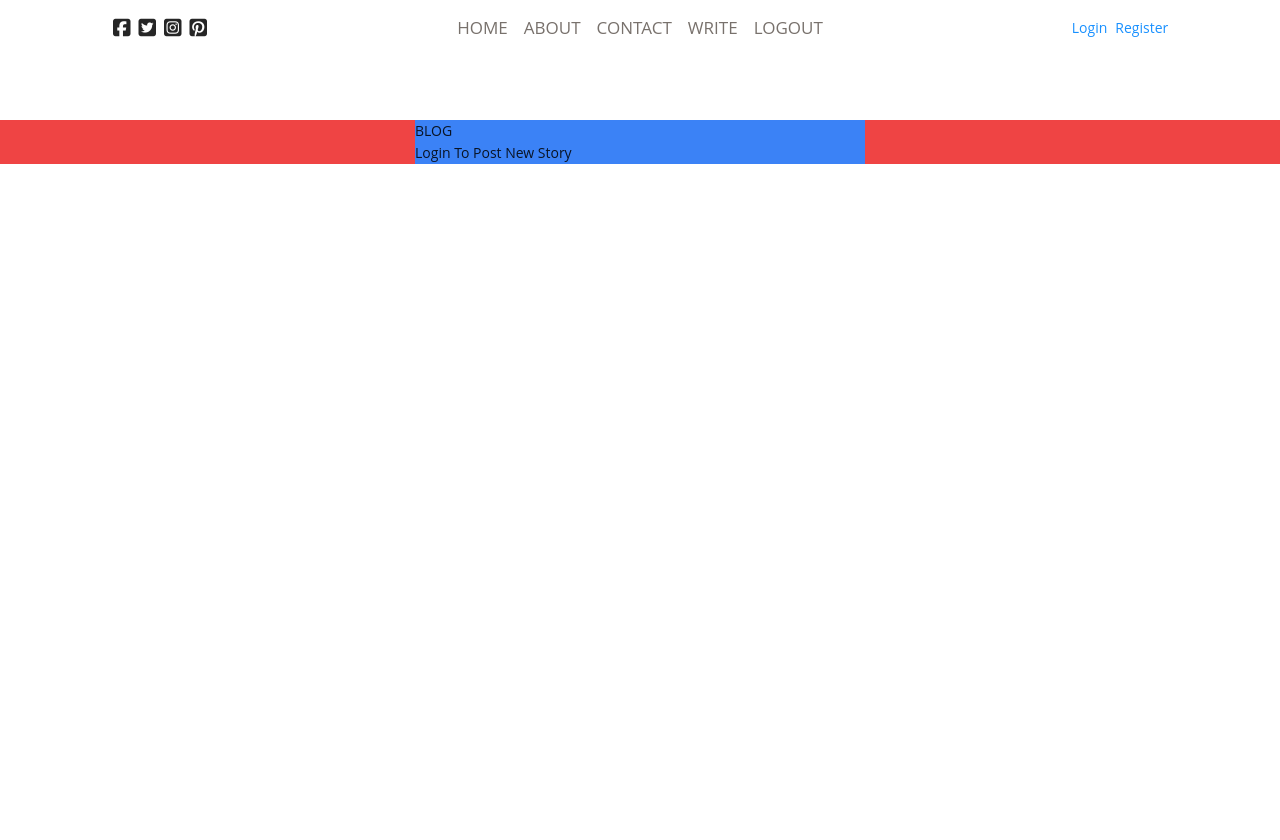
Repository: truongnguyenuit/Blog_App_ver2
Page: /login (app in client/)
The author's editor kept a copy of each file at every save. The page is drawn from the files as they stood at one save, then again after a run of saves.
The browser window is 1280 px wide. The pictures show the whole page.
Some web libraries are served in a nearby version. The project was rebuilt for these pictures with package versions that can differ from the ones it lists, and the page was loaded fresh each time. Also part of the build but not shown: client/src/components/AboutComponent.js, client/src/pages/HomePage.js, client/src/pages/RegisterPage.js.

Above is the page before, as saved 2022-07-18 11:17:21.

### client/public/index.html
<!DOCTYPE html>
<html lang="en">
  <head>

    <meta charset="utf-8" />
    <meta name="viewport" content="width=device-width, initial-scale=1" />
    <meta
      name="description"
      content="Web site created using create-react-app"
    />
    <style>
      *{
        font-family: 'Open Sans', sans-serif;
        margin: 0;
      }
    </style>
    <script src="https://kit.fontawesome.com/cd2089affa.js" crossorigin="anonymous"></script>
    <title>Blog App</title>

  </head>
  <body>

    <noscript>You need to enable JavaScript to run this app.</noscript>
    <div id="root"></div>

  </body>
</html>

### client/src/index.js
import React from 'react';
import ReactDOM from 'react-dom/client';
import './index.css';
import App from './App';
import 'antd/dist/antd.min.css'


const root = ReactDOM.createRoot(document.getElementById('root'));
root.render(
  <React.StrictMode>
    <App />
  </React.StrictMode>
);

### client/src/App.js
import { BrowserRouter, Route, Routes } from "react-router-dom";
import { configRouter } from './router/configRouter';
import NavbarComponent from './components/NavbarComponent';
function App() {
  return (
    <div>
      <BrowserRouter>
        <div className="fixed top-0 left-0 right-0 z-10">
          <NavbarComponent />
        </div>
        <div className="mt-[50px]"></div>
        <Routes>
          {configRouter.map((item, index) => {
            return (
              <Route
                key={index}
                path={item.path}
                element={item.page}
              />
            );
          })}

        </Routes>

      </BrowserRouter>
    </div>
  );
}

export default App;

### client/src/router/configRouter.js
import HomePage from "../pages/HomePage";
import LoginPage from "../pages/LoginPage";
import RegisterPage from "../pages/RegisterPage";
import { pathName } from "./pathName";

export const configRouter=[
  {
    path: pathName.home,
    page: <HomePage/>,
  },
  {
    path: pathName.login,
    page: <LoginPage/>,
  },
  {
    path: pathName.register,
    page: <RegisterPage/>
  }
]

### client/src/components/NavbarComponent.js
import React from 'react'
import { Link } from "react-router-dom";
import { Row, Col } from "antd"
import { pathName } from '../router/pathName';

const NavigateRouter = [
  {
    path: "",
    name: "HOME",
  },
  {
    path: "",
    name: "ABOUT",
  },
  {
    path: "",
    name: "CONTACT",
  },
  {
    path: "",
    name: "WRITE",
  },
  {
    path: "",
    name: "LOGOUT",
  },
];

const NavbarComponent = () => {
  return (
    <div className="bg-white">
      <Row >

        <Col span={6} className="h-14">
          <div className="flex justify-center items-center text-[20px] gap-2 h-14">
            <i className="fa-brands fa-facebook-square cursor-pointer"></i>
            <i className="fa-brands fa-twitter-square cursor-pointer"></i>
            <i className="fa-brands fa-instagram-square cursor-pointer"></i>
            <i className="fa-brands fa-pinterest-square cursor-pointer"></i>
          </div>
        </Col>

        <Col span={12} className="h-14">
          <nav>
            <ul className="flex justify-center items-center text-[17px] gap-4 h-14">
              {NavigateRouter.map((item, index) => {
                return (
                  <li key={index}>
                    <Link to={item.path} className="text-stone-500 hover:text-stone-400">
                      {item.name}
                    </Link>
                  </li>
                );

              })}
            </ul>
          </nav>
        </Col>

        <Col span={6} className="h-14">
          <div className="flex justify-center items-center gap-2 h-14">
            <Link to={pathName.login}>
              Login
            </Link>
            <Link to={pathName.register}>
              Register
            </Link>
          </div>
        </Col>

      </Row>
    </div>
  )
}

export default NavbarComponent

### client/src/pages/LoginPage.js
import React from 'react'

const LoginPage = () => {
  return (
    <div className='bg-red-500  mt-[120px] flex justify-center'>
      <div className="bg-blue-500 w-[450px] flex flex-col">
        <span>
          BLOG
        </span>
        <span className="s">
          Login To Post New Story
        </span>
      </div>

    </div>
  )
}

export default LoginPage

### client/src/router/pathName.js
export const pathName = {
  home: "/",

  login: "/login",
  register: "/register",

}

### client/tailwind.config.js
/** @type {import('tailwindcss').Config} */
module.exports = {
  content: ["./src/**/*.{html,js,jsx,ts}"],
  theme: {
    extend: {},
  },
  plugins: [],
}

Loaded but not shown: client/src/index.css (common file)

After the next 2 saves:
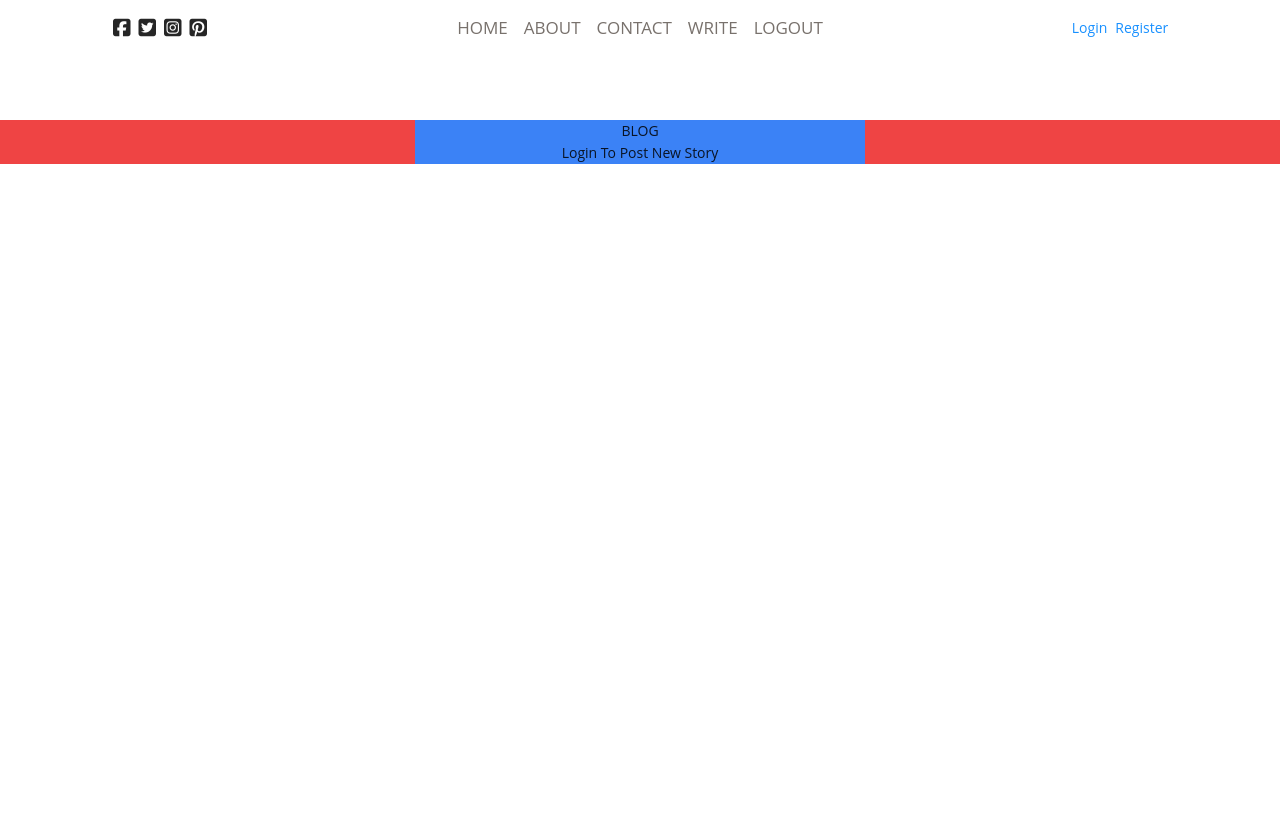
The 2 saves are shown as one change because they came seconds apart.
The last was saved 19 s later.
--- a/client/src/pages/LoginPage.js
+++ b/client/src/pages/LoginPage.js
@@ -3,7 +3,7 @@ import React from 'react'
 const LoginPage = () => {
   return (
     <div className='bg-red-500  mt-[120px] flex justify-center'>
-      <div className="bg-blue-500 w-[450px] flex flex-col">
+      <div className="bg-blue-500 w-[450px] flex flex-col items-center">
         <span>
           BLOG
         </span>
